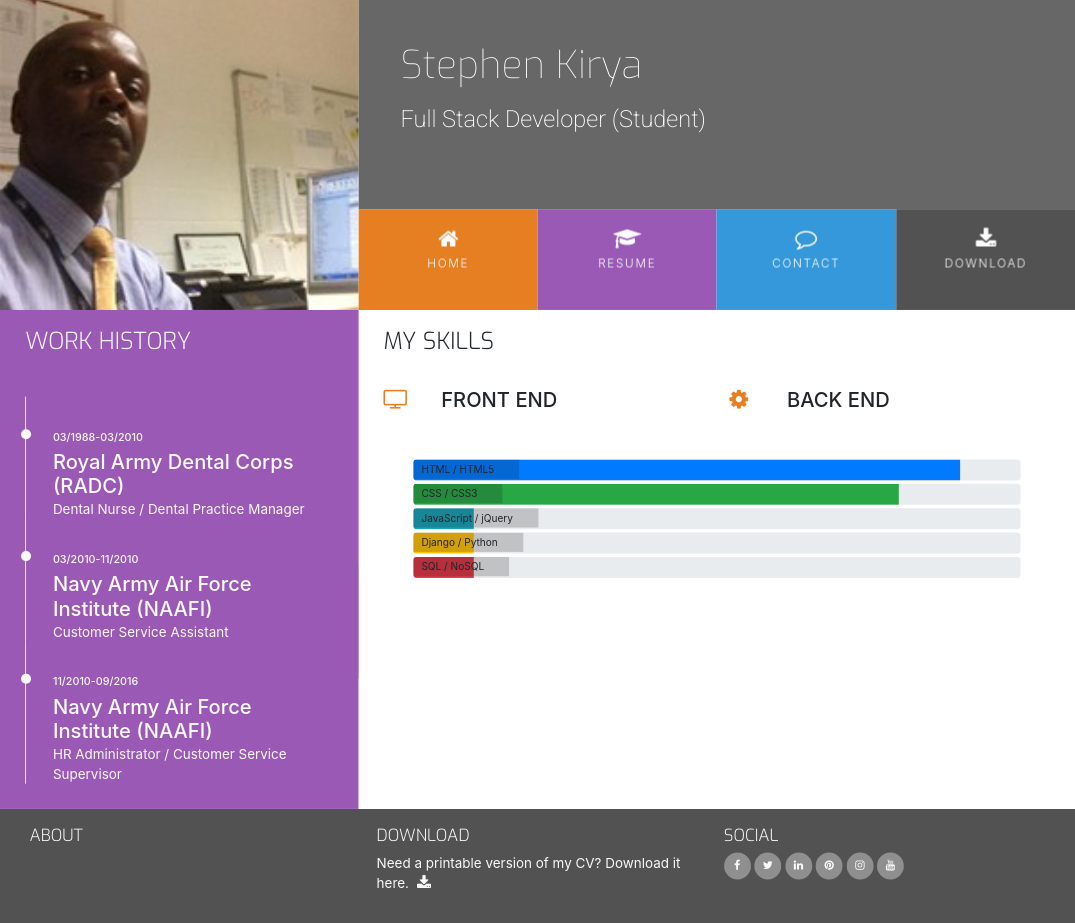
Repository: isiko1/interactive_frontend_resume
Page: resume.html
The author's editor kept a record of every edit. The page is drawn from the files as they stood at one moment, then again after the next edit.
The browser window is 1280 px wide. The pictures show the whole page, at 84% of full size.

Above is the page before.

### resume.html
<!DOCTYPE html>
<html lang="en">

<head>
    <meta charset="UTF-8">
    <meta name="viewport" content="width=device-width, initial-scale=1.0">
    <meta http-equiv="X-UA-Compatible" content="ie=edge">
    <link rel="stylesheet" href="https://stackpath.bootstrapcdn.com/bootstrap/4.3.1/css/bootstrap.min.css" type="text/css" />
    <link rel="stylesheet" href="https://stackpath.bootstrapcdn.com/font-awesome/4.7.0/css/font-awesome.min.css" type="text/css" />
    <link rel="stylesheet" href="https://cdnjs.cloudflare.com/ajax/libs/hover.css/2.3.1/css/hover-min.css" type="text/css" />
    <link rel="stylesheet" href="assets/css/style.css" type="text/css" />
    <title>Stephen</title>
</head>

<body>
    <header>
        <div class="row no-gutters">
            <a href="index.html" class="col-md-4 logo">
            </a>
            <div class="col-md-8">
                <div class="row no-gutters bg-color-name-title">
                    <div class="col heading">
                        <h1 class="name">Stephen Kirya</h1>
                        <h2 class="title">Full Stack Developer (Student)</h2>
                    </div>
                </div>
                <div class="row no-gutters">
                    <div class="col">
                        <ul id="nav" class="list-inline menucontainer">
                            <li class="col-6 col-sm-3 ui-menu-color-home list-inline-item menuitem">
                                <a href="#" class="hvr-sweep-to-bottom"><i class="fa fa-home" aria-hidden="true"></i><span>Home</span></a>
                            </li>
                            <li class="col-6 col-sm-3 ui-menu-color-resume list-inline-item menuitem">
                                <a href="#" class="hvr-sweep-to-bottom"><i class="fa fa-graduation-cap" aria-hidden="true"></i><span>Resume</span></a>
                            </li>
                            <li class="col-6 col-sm-3 ui-menu-color-contact list-inline-item menuitem">
                                <a href="#" class="hvr-sweep-to-bottom"><i class="fa fa-comment-o" aria-hidden="true"></i><span>Contact</span></a>
                            </li>
                            <li class="col-6 col-sm-3 ui-menu-color-download list-inline-item menuitem">
                                <a href="#" class="hvr-sweep-to-bottom"><i class="fa fa-download" aria-hidden="true"></i><span>Download</span></a>
                            </li>
                        </ul>
                    </div>
                </div>
            </div>
        </div>
    </header>
    <section class="container-fluid">
        <div class="row">
            <div class="col-md-4 bg-color-work-history section-column">
                <div class="row">
                    <div class="col-12">
                        <h3 class="history-heading uppercase">
                            Work History
                        </h3>
                    </div>
                </div>
                <div class="timeline-item" data-dates="03/1988-03/2010">
                    <h4>Royal Army Dental Corps (RADC)</h4>
                    <p> Dental Nurse / Dental Practice Manager</p>
                </div>
                <div class="timeline-item" data-dates="03/2010-11/2010">
                    <h4>Navy Army Air Force Institute (NAAFI)</h4>
                    <p> Customer Service Assistant</p></p>
                </div>
                <div class="timeline-item" data-dates="11/2010-09/2016">
                  <h4>Navy Army Air Force Institute (NAAFI)</h4>
                  <p> HR Administrator / Customer Service Supervisor</p>
                </div>
            </div>
            <div class="col-md-8 bg-color-three-reasons section-column">
                <div class="row">
                    <div class="col">
                        <h3 class="section-heading uppercase">My Skills</h3>
                    </div>
                </div>
                <div class="row">
                    <div class="col-10 offset-1 offset-sm-0 col-sm-4 col-md-6">
                        <div class="row">
                            <div class="col-2">
                                <i class="three-reasons-icon fa fa-tv" aria-hidden="true"></i>
                            </div>
                            <div class="col-10">
                                <h4 class="three-reasons-heading uppercase">Front End</h4>
                                <p>

                                </p>
                            </div>
                        </div>
                    </div>
                    <div class="col-10 offset-1 offset-sm-0 col-sm-4 col-md-6">
                        <div class="row">
                            <div class="col-2">
                                <i class="three-reasons-icon fa fa-gear" aria-hidden="true"></i>
                            </div>
                            <div class="col-10">
                                <h4 class="three-reasons-heading uppercase">Back End</h4>
                                <p>

                                </p>
                            </div>
                        </div>
                    </div>
                </div>
                <div class="row progress-section">
                    <div class="col">
                        <div class="progress">
                            <div class="progress-bar" role="progressbar" aria-valuenow="90" aria-valuemin="0" aria-valuemax="100" style="width:90%">
                                <span class="sr-only">90% complete</span>
                            </div>
                            <span class="progress-type">HTML / HTML5</span>
                        </div>
                        <div class="progress">
                            <div class="progress-bar bg-success" role="progressbar" aria-valuenow="80" aria-valuemin="0" aria-valuemax="100" style="width:80%">
                                <span class="sr-only">80% complete</span>
                            </div>
                            <span class="progress-type">CSS / CSS3</span>
                        </div>
                        <div class="progress">
                            <div class="progress-bar bg-info" role="progressbar" aria-valuenow="10" aria-valuemin="0" aria-valuemax="100" style="width:10%">
                                <span class="sr-only">10% complete</span>
                            </div>
                            <span class="progress-type">JavaScript / jQuery</span>
                        </div>
                        <div class="progress">
                            <div class="progress-bar bg-warning" role="progressbar" aria-valuenow="10" aria-valuemin="0" aria-valuemax="100" style="width:10%">
                                <span class="sr-only">10% complete</span>
                            </div>
                            <span class="progress-type">Django / Python</span>
                        </div>
                        <div class="progress">
                            <div class="progress-bar bg-danger" role="progressbar" aria-valuenow="10" aria-valuemin="0" aria-valuemax="100" style="width:10%">
                                <span class="sr-only">10% complete</span>
                            </div>
                            <span class="progress-type">SQL / NoSQL</span>
                        </div>
                    </div>

                </div>
            </div>
        </div>

    </section>
    <footer class="container-fluid">
        <div id="footer-details" class="row">
            <div class="col-sm-4">
                <h5 class="uppercase general-sub">About</h5>
                <p class="inline-block">

                </p>
            </div>
            <div class="col-sm-4">
                <h5 class="uppercase general-sub">Download</h5>
                <p class="inline-block">
                    Need a printable version of my CV? Download it here.
                    <a href="#" target="_blank" class="cv-pdf">
                        <i class="fa fa-download" aria-hidden="true"></i>
                        <span class="sr-only">Download link.</span>
                    </a>
                </p>

            </div>
            <div class="col-sm-4">
                <h5 class="uppercase general-sub">Social</h5>
                <ul class="list-inline social-links">
                    <li class="list-inline-item">
                        <a target="_blank" href="#">
                            <i class="fa fa-facebook" aria-hidden="true"></i>
                            <span class="sr-only">Facebook</span>
                         </a>
                    </li>
                    <li class="list-inline-item">
                        <a target="_blank" href="#">
                            <i class="fa fa-twitter" aria-hidden="true"></i>
                            <span class="sr-only">Twitter</span>
                         </a>
                    </li>
                    <li class="list-inline-item">
                        <a target="_blank" href="#">
                            <i class="fa fa-linkedin" aria-hidden="true"></i>
                            <span class="sr-only">Linkedin</span>
                         </a>
                    </li>
                    <li class="list-inline-item">
                        <a target="_blank" href="#">
                            <i class="fa fa-pinterest" aria-hidden="true"></i>
                            <span class="sr-only">Pinterest</span>
                         </a>
                    </li>
                    <li class="list-inline-item">
                        <a target="_blank" href="#">
                            <i class="fa fa-instagram" aria-hidden="true"></i>
                            <span class="sr-only">Instagram</span>
                         </a>
                    </li>
                    <li class="list-inline-item">
                        <a target="_blank" href="#">
                            <i class="fa fa-youtube" aria-hidden="true"></i>
                            <span class="sr-only">YouTube</span>
                         </a>
                    </li>
                </ul>
            </div>
        </div>

    </footer>
</body>

</html>

### assets/css/style.css
@import url('https://fonts.googleapis.com/css?family=Roboto:100,200,300,400,500,600,700|Exo:100,200,300,400,500,600,700');

/*--------------Colours */

.bg-color-name-title {
    background-color: #676767;
}

.bg-color-three-reasons {
    background-color: #fff;
}

.bg-color-personal-info {
    background-color: #f4f4f4;
}
.bg-color-work-history {
    background-color: #9b59b6;
}

.ui-menu-color-home {
    background-color: #e67e22;
}

.ui-menu-color-resume {
    background-color: #9b59b6;
}

.ui-menu-color-contact {
    background-color: #3498db;
}

.ui-menu-color-download {
    background-color: #525252;
}



/*--------------Special padding/margin/texts */

h1,
h2,
h3,
h4 {
    margin: 0;
}

.uppercase {
    text-transform: uppercase;
}

.general-sub {
    font-family: "Exo", sans-serif;
    font-weight: 300;
    color: #fafafa;
}

.inliine-block {
    display: inline-block;
}

.row-table {
    display: table;
}

.section-column {
    display: table-cell;
    padding: 0 30px 30px;
    float: none;
}
.history-heading,
.section-heading {
    font-family: "Exo", sans-serif;
    font-weight: 300;
    margin-top: 20px;
    margin-bottom: 40px;
}



/*--------------Headings */

header {
    margin: 0;
}

.heading {
    margin-left: 50px;
}

.logo {
    background: url(../images/Stephen.jpg);
    background-position: center;
    background-repeat: no-repeat;
    background-size: cover;
    min-height: 360px;
    transition: all 5s ease-out;
    -moz-transition: all 5s ease-out;
    -webkit-transition: all 5s ease-out;
}

.name {
    font-family: "Exo", sans-serif;
    font-weight: 100;
    font-size: 46px;
    margin-top: 50px;
    color: #fff;
}

.title {
    font-family: "Roboto", sans-serif;
    font-weight: 200;
    font-size: 28px;
    margin-top: 20px;
    margin-bottom: 90px;
    color: #fff;
}

.list-inline-item:not(:last-child) {
    margin: 0;
}

.menucontainer {
    font-size: 0;
}

#nav {
    margin: 0;
}

#nav li {
    font-size: 14px;
    padding: 0;
}

.menuitem {
    height: 120px;
    text-align: center;
    padding: 0;
}

.menuitem a {
    width: 100%;
    text-decoration: none;
    color: #fff;
    height: 120px;
}

.menuitem a i {
    padding-top: 22px;
    display: block;
    color: #fafafa;
    font-size: 26px;
}

.menuitem span {
    display: block;
    width: 100%;
    padding-top: 5px;
    text-align: center;
    text-transform: uppercase;
    font-size: 14px;
    font-weight: 300;
    letter-spacing: 2px;
}

/*--------------Hover.css */

.hvr-sweep-to-bottom:before {
    background: rgba(0, 0, 0, 0.2);
    height: 120px;
}

/*--------------Footer */

footer {
    background-color: #525252;
    color: #fafafa;
    min-height: 120px;
    margin: 0;
}

.cv-pdf i {
    font-size: 18px;
    color: #fafafa;
    text-align: center;
    padding-left: 5px;
    transition: all 0.35s ease-in-out;
    -moz-transition: all 0.35s ease-in-out;
    -webkit-transition: all 0.35s ease-in-out;
    -o-transition: all 0.35s ease-in-out;
}

.cv-pdf i:hover {
    color: #e84610;
}

.social-links {
    padding-bottom: 15px;
}

.social-links li a i {
    width: 32px;
    height: 32px;
    padding: 12px 0;
    border-radius: 50%;
    font-size: 13px;
    line-height: 7px;
    text-align: center;
    color: #fafafa;
    background: #8f8f8f;
    transition: all 0.35s ease-in-out;
    -moz-transition: all 0.35s ease-in-out;
    -webkit-transition: all 0.35s ease-in-out;
    -o-transition: all 0.35s ease-in-out;
}

.social-links li a i:hover {
    background-color: #e84610;
}

#footer-details {
    padding: 20px;
}

/*--------------Three reasons */

.three-reasons-icon {
    font-size: 26px;
    color: #e67e22;
}

.three-reasons-heading {
    margin-bottom: 15px;
}

/*--------------Personal info*/

.personal-info-item {
    margin-bottom: 20px;
    display: block;
    clear: both;
}

.personal-info-item .key,
.personal-info-item .value {
    padding-right: 8px;
    display: inline-block;
}

.personal-info-item .key p,
.personal-info-item .value p {
    margin: 0;
}

.personal-info-item .key {
    width: 30%;
    margin-right: 21px;
    padding-top: 2px;
    vertical-align: top;
}

.personal-info-item .key p {
    font-weight: 700;
}

.personal-info-item .value {
    position: relative;
    width: 60%;
}

/*--------------Progress Section*/

.progress {
    position: relative;
    height: 25px;
    margin-bottom: 4px;
}
.progress-type {
    position: absolute;
    left:0;
    font-weight: 400;
    padding: 3px 30px 2px 10px;
    background-color: rgba(25, 25, 25, 0.2);

}
.progress-section {
    margin: 40px 20px;
}

/*--------------Work history*/

.history-heading {
    color: #fafafa;
    margin-bottom: 50px;
}
.timeline-item {
    padding: 4em 2em 0em 2em;
    position: relative;
    color: #fafafa;
    border-left: 1px solid;
}
.timeline-item p {
    padding: 0;
    margin: 0;
}
.timeline-item:before {
    content: attr(data-dates);
    position: absolute;
    left: 2.5em;
    top: 3em;
    display:block;
    font-family: "Exo" sans-serif;
    font-weight: 500;
    font-size: 0.8em;
    padding: 0;
    margin: 0;
}

.timeline-item:after {
    width: 12px;
    height: 12px;
    display: block;
    top: 2.4em;
    position: absolute;
    left: -6px;
    border-radius:12px;
    content: '';
    background: #fafafa;
}

After the next edit:
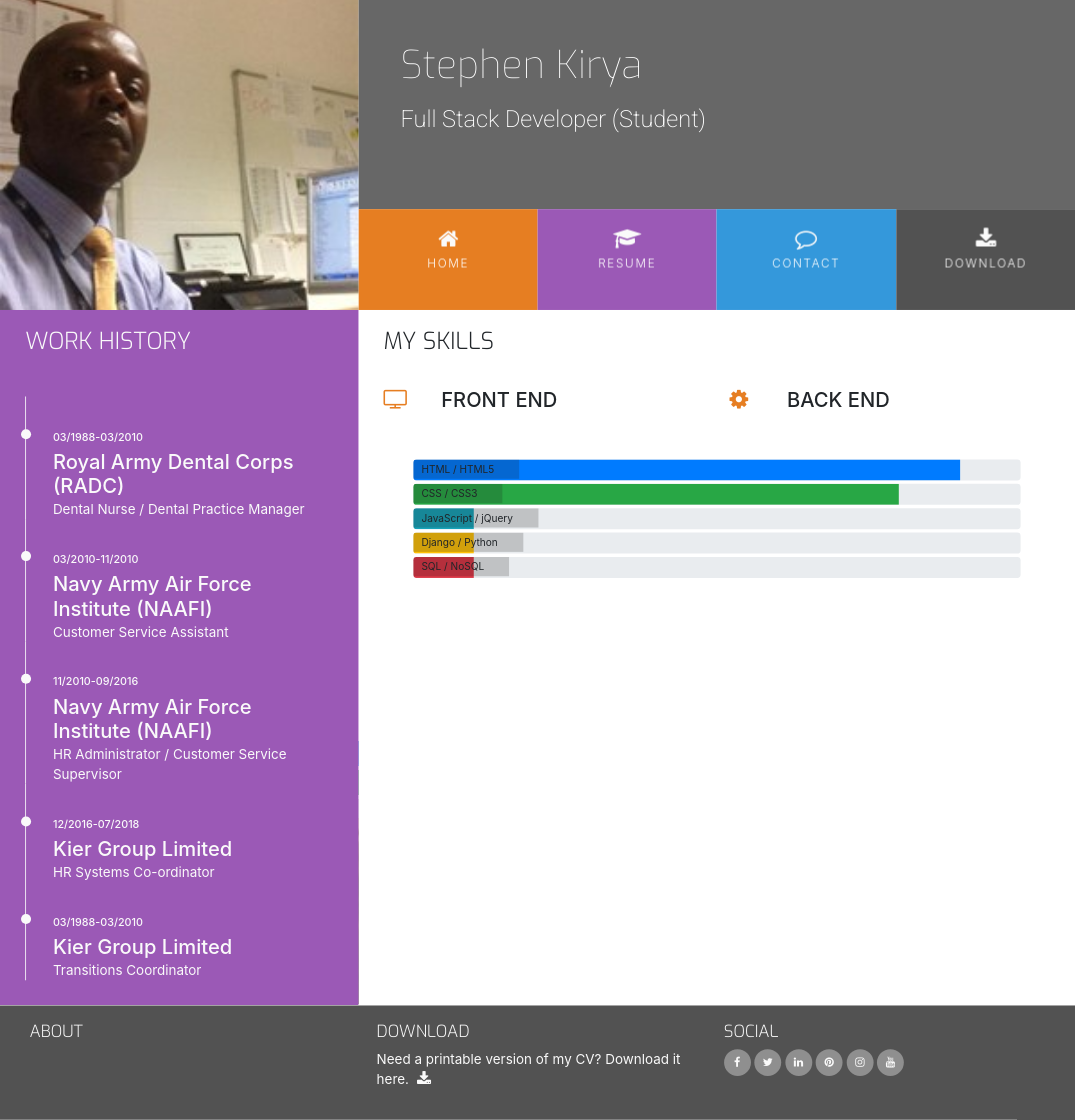
The edit:
--- a/resume.html
+++ b/resume.html
@@ -67,6 +67,14 @@
                   <h4>Navy Army Air Force Institute (NAAFI)</h4>
                   <p> HR Administrator / Customer Service Supervisor</p>
                 </div>
+                <div class="timeline-item" data-dates="12/2016-07/2018">
+                  <h4>Kier Group Limited</h4>
+                  <p> HR Systems Co-ordinator</p>
+                </div>
+                <div class="timeline-item" data-dates="03/1988-03/2010">
+                  <h4>Kier Group Limited</h4>
+                  <p> Transitions Coordinator</p>
+                </div>
             </div>
             <div class="col-md-8 bg-color-three-reasons section-column">
                 <div class="row">
